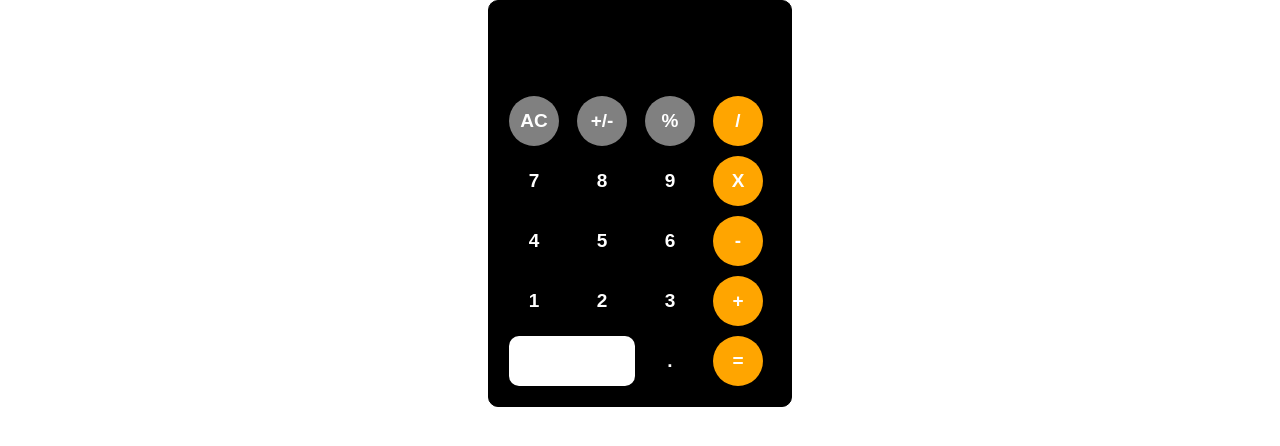
Repository: dmpelaez/calculator
Page: Calculator.html
The author's editor kept a copy of each file at every save. The page is drawn from the files as they stood at one save, then again after the next save.
The browser window is 1280 px wide. The pictures show the whole page.

Above is the page before, as saved 2025-12-15 22:27:40.

### Calculator.html
<!DOCTYPE html>

  <html>
    <head>

      <title>Calculator</title>

      <!--CSS-->
      <link rel="stylesheet" href="Calculator.css">

    </head>
    <body>
      <!--Container-->
      <main class="container">

        <!--Sections-->
        <section class="Section">

          <!--Input section-->
          <input class="inputSection" type="text" disabled>

          <!--Btns section-->
          <div class="btnSection">
            <button class="btn cancel">AC</button>
            <button class="btn signs">+/-</button>
            <button class="btn rmnder" onclick="appendNumber('%')">%</button>
            <button class="btn divide" onclick="appendNumber(' / ')">/</button>
            <button class="btn seven" onclick="appendNumber('7')">7</button>
            <button class="btn eight" onclick="appendNumber('8')">8</button>
            <button class="btn nine" onclick="appendNumber('9')">9</button>
            <button class="btn times" onclick="appendNumber(' * ')">X</button>
            <button class="btn four" onclick="appendNumber('4')">4</button>
            <button class="btn five" onclick="appendNumber('5')">5</button>
            <button class="btn six" onclick="appendNumber('6')">6</button>
            <button class="btn minus"  onclick="appendNumber(' - ')">-</button>
            <button class="btn one" onclick="appendNumber('1')">1</button>
            <button class="btn two" onclick="appendNumber('2')">2</button>
            <button class="btn three" onclick="appendNumber('3')">3</button>
            <button class="btn plus"  onclick="appendNumber(' + ')">+</button>
            <button class="btn zero" onclick="appendNumber('0')">0</button>
            <button class="btn dot" onclick="appendNumber('.')" >.</button>
            <button class="btn equal" onclick="
            answer = eval(answer);
            document.querySelector('.inputSection').value = answer;
            ">=</button>
          </div>
        </section>


      </main>

      <script src="Calculator.js"></script>
    </body>

  </html>

### Calculator.css
body {
  margin: 0;
  padding: 0;
  box-sizing: border-box;
  display: flex;
  align-items: center;
  justify-content: center;

}

.Section {
display: flex;
flex-direction: column;
border: 1px solid black;
border-radius: 10px;
gap: 20px;
background: black;
}
.inputSection {
  color: white;
  padding: 20px;
  padding-bottom: 0px;
  display: flex;
  justify-content: end;
  height: 50px;
  align-items: center;
  font-size: 19px;
  font-weight: bold;
  background: transparent;
  border: none;

}
.btnSection {
  display: grid;
  grid-template-columns: 1fr 1fr 1fr 1fr;
  padding: 20px;
  gap: 10px;
  padding-top: 5px;
}
.btn {
  border: none;
  height: 50px;
  width: 50px;
  border-radius: 50%;
  font-weight: bold;
  Font-size: 19px;
  cursor: pointer;
  color: white;
  background: black;
}
.equal {
  grid-column: 4
}
.dot {
  grid-column: 3
}
.zero {
  grid-row: 5;
  grid-column: 1 / 2 span;
  background: white;
  width: auto;
  border-radius: 10px;
}
.cancel,
.signs,
.rmnder {
  background: gray;
}
.divide,
.times,
.minus,
.plus,
.equal {
  background: orange;
}

### Calculator.js

let answer = '';



function appendNumber(num) {
  answer += num;

document.querySelector('.inputSection')
.value = answer;

};


document.querySelector('.cancel')
.addEventListener('click', () => {
  answer = '';
  document.querySelector('.inputSection')
.value = answer;
})

After the next save:
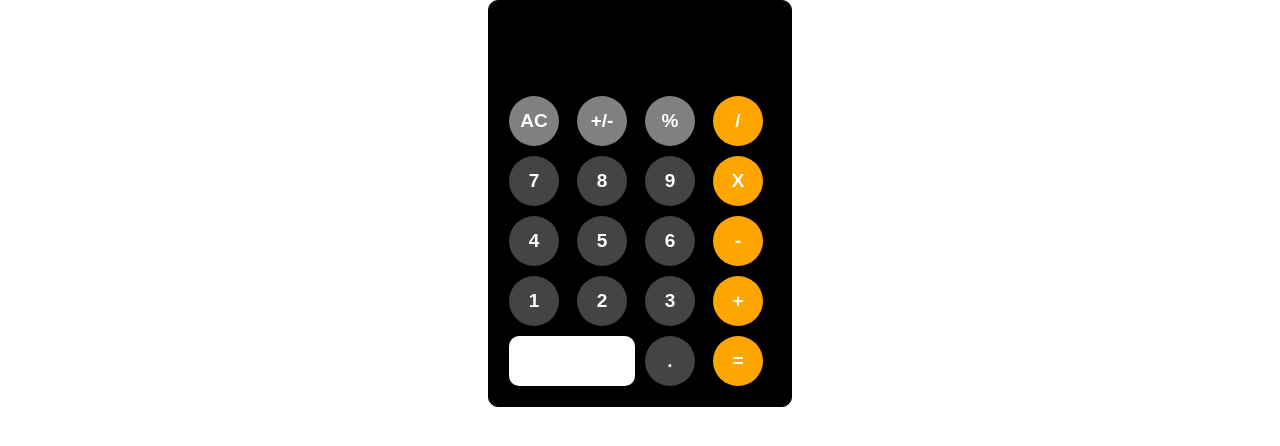
Saved 11 s later.
--- a/Calculator.css
+++ b/Calculator.css
@@ -46,7 +46,7 @@ background: black;
   Font-size: 19px;
   cursor: pointer;
   color: white;
-  background: black;
+  background: rgb(68, 68, 68);
 }
 .equal {
   grid-column: 4
